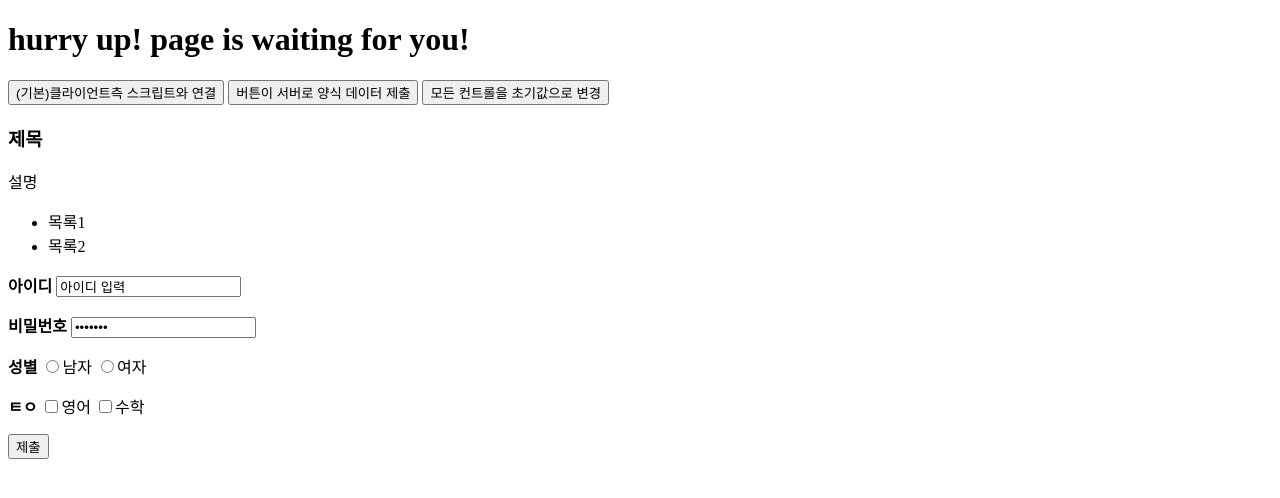
Repository: PareutPareut/frontend
Page: markDowns/htmlCssStudy/htmlStudy.html
The author's editor kept a copy of each file at every save. The page is drawn from the files as they stood at one save, then again after the next save.
The browser window is 1280 px wide. The pictures show the whole page.

Above is the page before, as saved 2023-11-27 05:02:53.

After the next save:
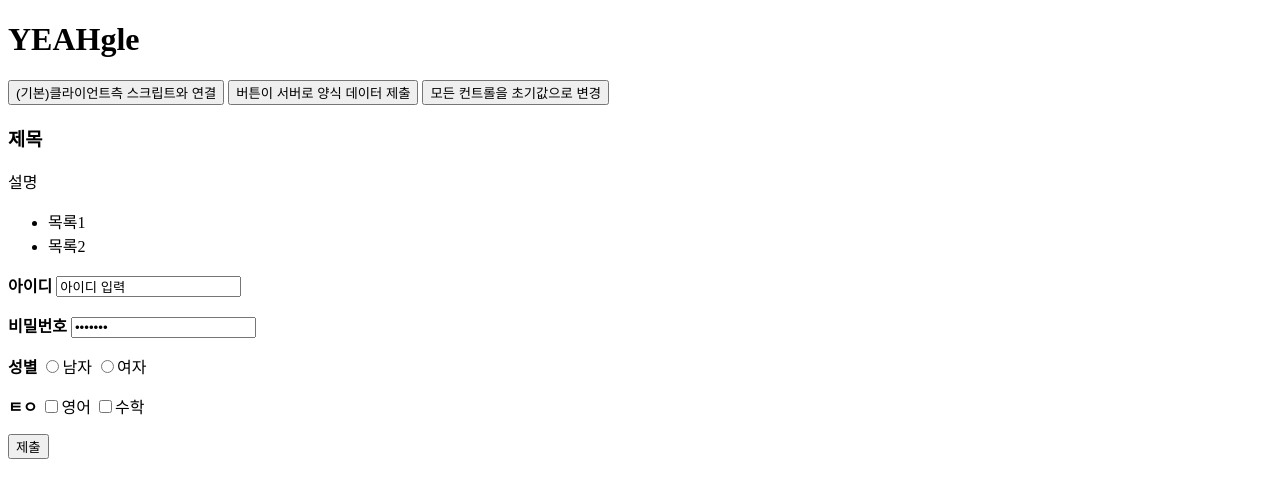
Saved 20 s later.
--- a/markDowns/htmlCssStudy/htmlStudy.html
+++ b/markDowns/htmlCssStudy/htmlStudy.html
@@ -8,7 +8,7 @@
   </head>
   <body>
 
-    <h1>hurry up! page is waiting for you!</h1>
+    <h1><strong>YEAH</strong>gle</h1>
     <button type="button">(기본)클라이언트측 스크립트와 연결</button>
     <button type="submit">버튼이 서버로 양식 데이터 제출</button>
     <button type="reset"> 모든 컨트롤을 초기값으로 변경 </button>
